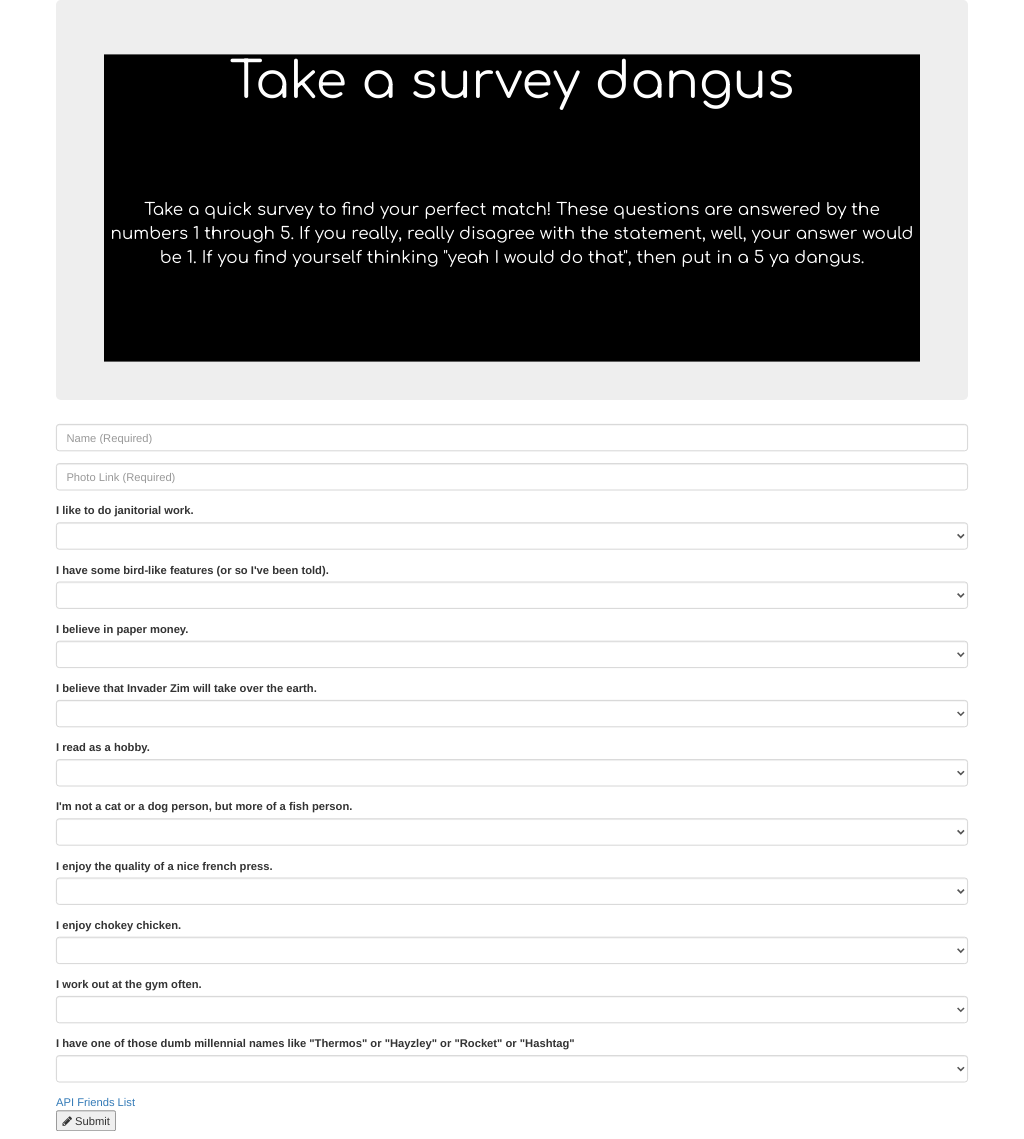
Repository: kcummings1/Mate-Matcher
Page: public/survey.html
These files come from the project's save history. The page is drawn as it stood at one moment and after the next save; the edit follows.
The browser window is 1280 px wide. The pictures show the whole page, at 80% of full size.
Some web fonts or font styles are not loaded; a fallback is used. Some web libraries are served in a nearby version.

Above is the page before, as saved 2019-10-06 22:26:25.

After the next save:
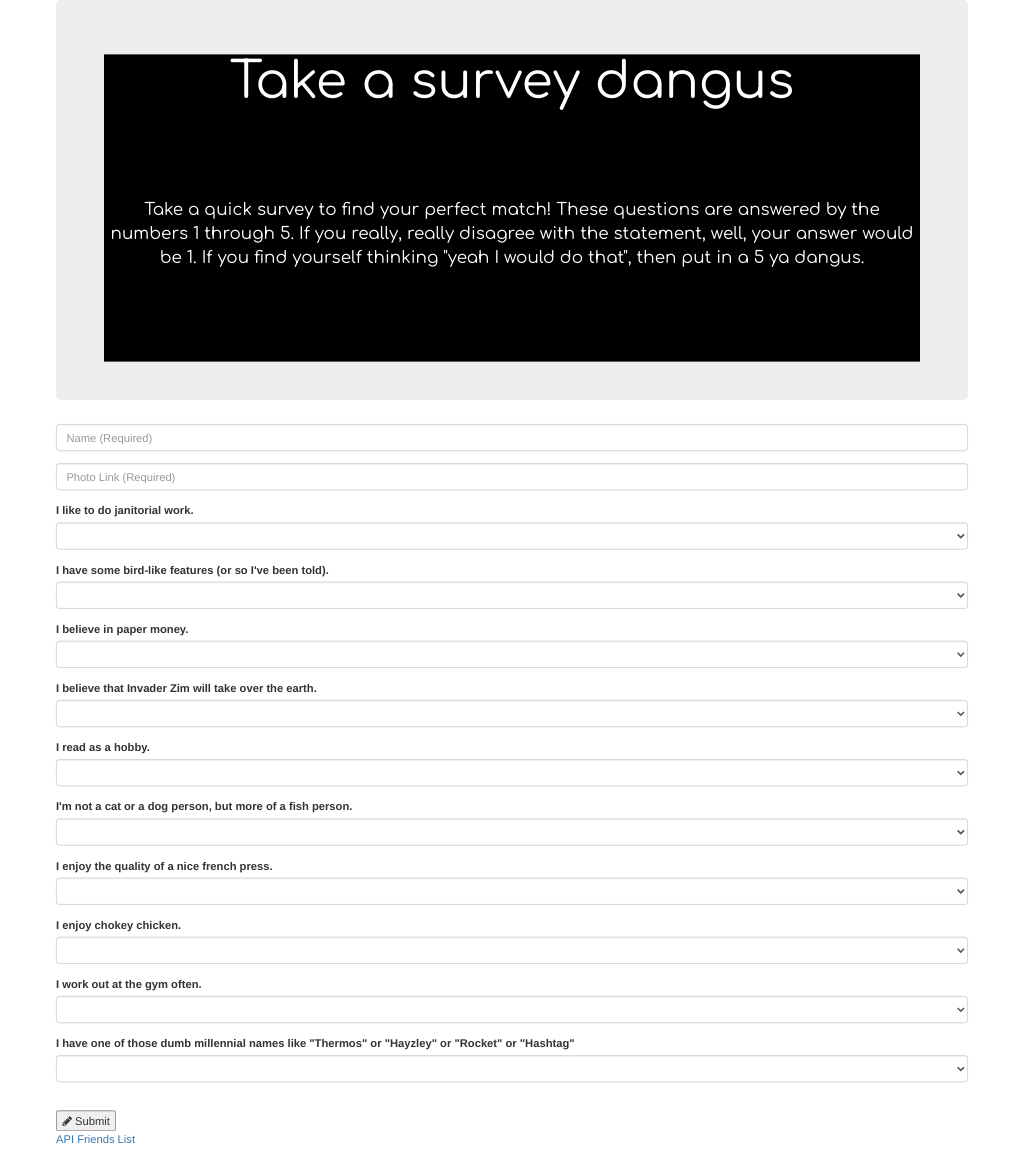
Saved 43 s later.
--- a/public/survey.html
+++ b/public/survey.html
@@ -151,10 +151,11 @@
         </form>
 
         <p>
-            <a href =" /api/friends"> API Friends List</a><br>
-
-        <button type="submit" id="submit"><i class="fa fa-pencil survey-button"></i>
-            Submit</button>
+            <br>
+            <button type="submit" id="submit"><i class="fa fa-pencil survey-button"></i>
+                Submit</button>
+            <br>
+            <a href=" /api/friends"> API Friends List</a>
         </p>
 
         <!-- Modal after survey completion -->
